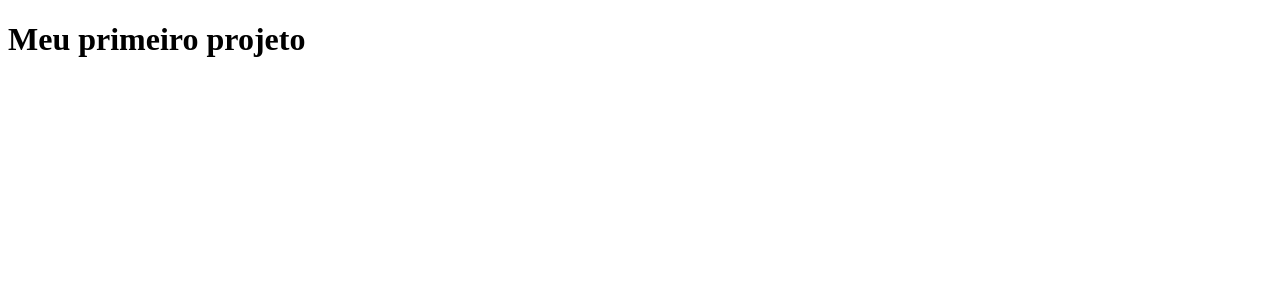
Repository: geracao-11/aula01
Page: index.html
An editor plug-in stored every save of this project. The page is shown before and after the next save, followed by the edit.
The browser window is 1280 px wide. The pictures show the whole page.

Above is the page before, as saved 2025-04-02 09:03:03.

### index.html
<!DOCTYPE html>
<html lang="pt-br">
<head>
    <meta charset="UTF-8">
    <meta name="viewport" content="width=device-width, initial-scale=1.0">
    <title>Teste</title>
</head>
<body>
    <header>
        <h1>Meu primeiro projeto</h1>
        <h4></h4>
    </header>
    <main>

    </main>
    <footer>

    </footer>
</body>
</html>

After the next save:
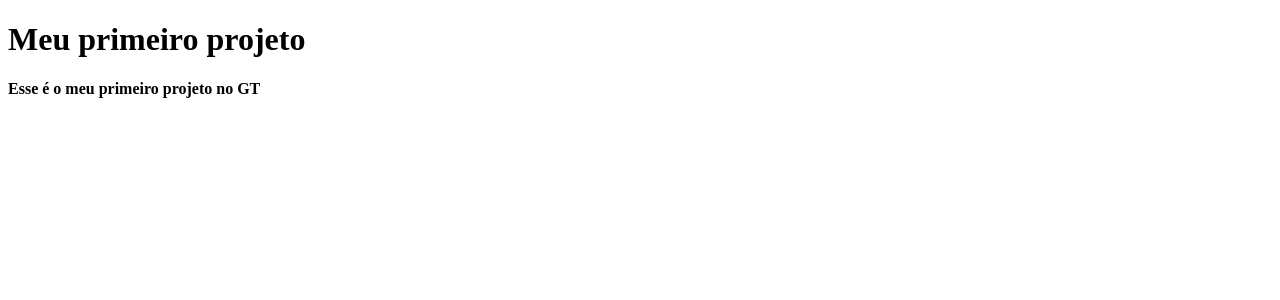
Saved 10 s later.
--- a/index.html
+++ b/index.html
@@ -8,7 +8,7 @@
 <body>
     <header>
         <h1>Meu primeiro projeto</h1>
-        <h4></h4>
+        <h4>Esse é o meu primeiro projeto no GT</h4>
     </header>
     <main>
 
